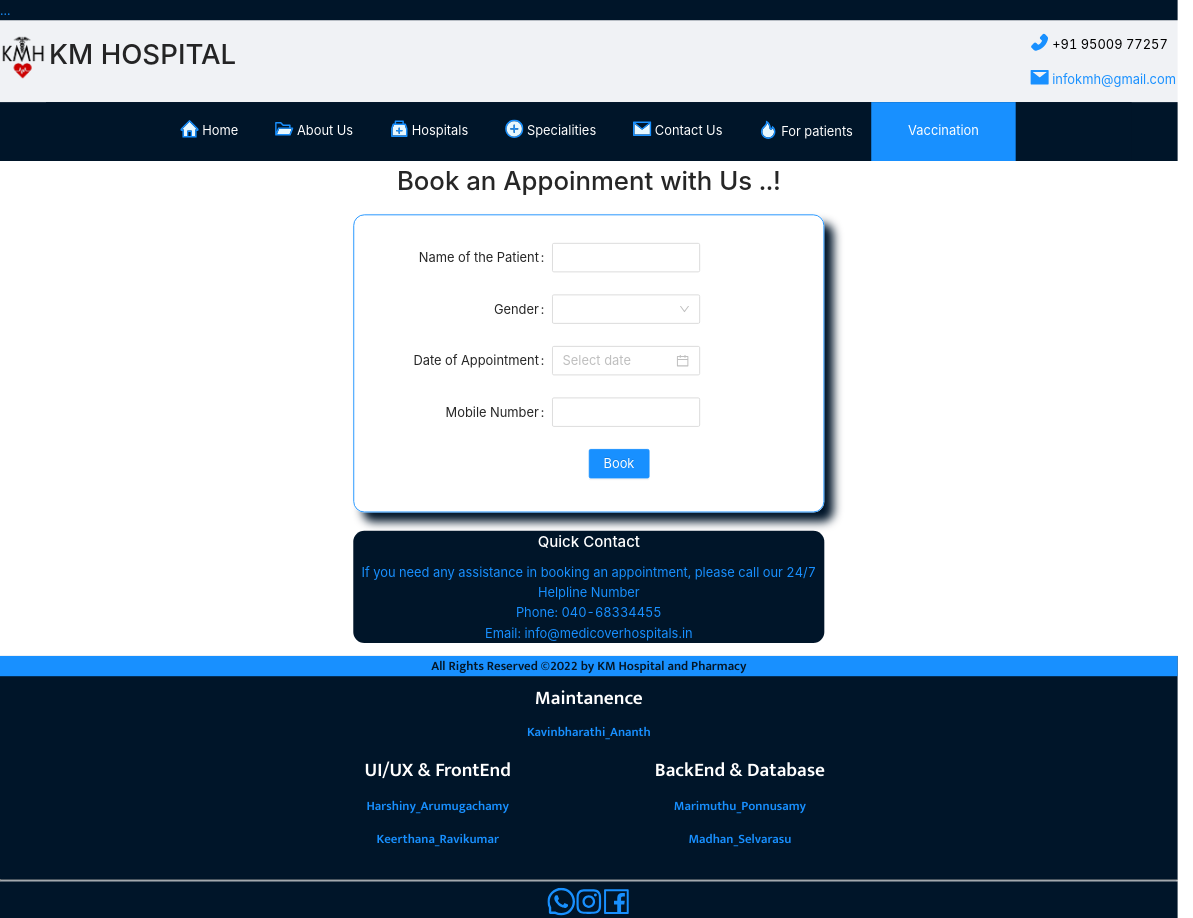
Repository: marimuthu1001/KHM-hospital
Page: /bookappointment (app in km-hospital/)
An editor plug-in stored every save of this project. The page is shown before and after the next save, followed by the edit.
The browser window is 1280 px wide. The page is 1297 px wide, so the pictures cover 1297 px, including what lies to the right of the window. The pictures show the whole page, at 92% of full size.
The project was rebuilt for these pictures with package versions that can differ from the ones it lists, and the page was loaded fresh each time. Also part of the build but not shown: km-hospital/src/firebase.js, km-hospital/src/Pages/Home.jsx, km-hospital/src/Styles/ContactUs.module.css, km-hospital/src/Pages/ContactUs.jsx, km-hospital/src/Pages/AboutUS.jsx, km-hospital/src/Styles/Specialities.module.css, km-hospital/src/Pages/Specialities.jsx, km-hospital/src/Pages/For Patients/Bmi_Calculator.jsx and 2 more.

Above is the page before, as saved 2022-01-26 20:13:53.

### km-hospital/public/index.html
<!DOCTYPE html>
<html lang="en">
  <head>
    <meta charset="utf-8" />
    <link rel="icon" href="%PUBLIC_URL%/favicon.ico" />
    <meta name="viewport" content="width=device-width, initial-scale=1" />
    <meta name="theme-color" content="#000000" />
    <meta
      name="description"
      content="Web site created using create-react-app"
    />
    <link rel="apple-touch-icon" href="%PUBLIC_URL%/logo192.png" />
    <!--
      manifest.json provides metadata used when your web app is installed on a
      user's mobile device or desktop. See https://developers.google.com/web/fundamentals/web-app-manifest/
    -->
    <link rel="manifest" href="%PUBLIC_URL%/manifest.json" />
    <!--
      Notice the use of %PUBLIC_URL% in the tags above.
      It will be replaced with the URL of the `public` folder during the build.
      Only files inside the `public` folder can be referenced from the HTML.

      Unlike "/favicon.ico" or "favicon.ico", "%PUBLIC_URL%/favicon.ico" will
      work correctly both with client-side routing and a non-root public URL.
      Learn how to configure a non-root public URL by running `npm run build`.
    -->
    <title>KM HOSPITAL | HOME</title>
  </head>
  <body>
    <noscript>You need to enable JavaScript to run this app.</noscript>
    <div id="root"></div>
    <!--
      This HTML file is a template.
      If you open it directly in the browser, you will see an empty page.

      You can add webfonts, meta tags, or analytics to this file.
      The build step will place the bundled scripts into the <body> tag.

      To begin the development, run `npm start` or `yarn start`.
      To create a production bundle, use `npm run build` or `yarn build`.
    -->
  </body>
</html>

### km-hospital/src/index.js
import React from 'react';
import ReactDOM from 'react-dom';
import 'antd/dist/antd.min.css'
import './index.css'
import App from './App';


ReactDOM.render(
  <React.StrictMode>
    <App />
  </React.StrictMode>,
  document.getElementById('root')
);

### km-hospital/src/index.css
@import '~antd/dist/antd.css';

.ant-menu:not(.ant-menu-horizontal) .ant-menu-item-selected {
	background: transparent;
}

.ant-menu{
    background: red;
    }

### km-hospital/src/App.js
import Nav from  './components/Nav'
import Footer from './components/Footer'
import Home from './Pages/Home'
import ContactUs from './Pages/ContactUs'
import AboutUs from './Pages/AboutUS'
import Specialities from './Pages/Specialities'
import BmiCalculator from './Pages/For Patients/Bmi_Calculator'
import Appointment from './Pages/For Patients/BookAppointment'
import {BrowserRouter as Router, Route,Routes} from 'react-router-dom'

import Feedback from './Pages/Feedback'

function App() {
  return (
    <Router>
        <div className="App">
          <Nav/>
          <Routes>
            <Route exact path="/" element={<Home/>}/>
            <Route exact path="/contactus" element={<ContactUs/>}/>
            <Route exact path="/aboutus" element={<AboutUs/>}/>
            <Route exact path="/specialities" element={<Specialities/>}/>
            <Route exact path="/bmicalculator" element={<BmiCalculator/>}/>
            <Route exact path="/bookappointment" element={<Appointment/>}/>
            <Route exact path="/feedback" element={<Feedback/>}/>
          </Routes>

          <Footer/>
        </div>
    </Router>

  );
}

export default App;

### km-hospital/src/components/Nav.jsx
import React from 'react'

import Styles from '../Styles/Nav.module.css'
import { Layout, Menu, Dropdown,Row,Col } from 'antd';
import Logo from '../Images/Logo.png'

import {HomeTwoTone,
    FolderOpenTwoTone,
    MedicineBoxTwoTone,
    PlusCircleTwoTone,
    FireTwoTone ,
    MailTwoTone,
    PhoneFilled,
    MailFilled,

    } from '@ant-design/icons'

function Nav() {
  const menu = (
    <Menu>

            <Menu.Item key="1">Covid Dose</Menu.Item>
            <Menu.Item key="2">Covid Booster</Menu.Item>
            <Menu.Item key="3">Polio Vaccine</Menu.Item>
            <Menu.Item key="4">Chicken pox Vaccine</Menu.Item>
      </Menu>
  )
const patients = (
  <Menu>
         <a href="bmicalculator"> <Menu.Item key="1">Health Checkup Package</Menu.Item></a>
         <a href="bmicalculator"><Menu.Item key="2">Medicines</Menu.Item></a>
          <a href="bmicalculator"><Menu.Item key="3">Symptoms</Menu.Item></a>
          <a href="/bookappointment"> <Menu.Item key="4">Book an Appointment</Menu.Item></a>
          <a href="bmicalculator"><Menu.Item key="5">BMI Calculator</Menu.Item></a>

    </Menu>

  )

  const { Header} = Layout;
    return (

      <Layout>
        <p className={Styles.line}>...</p>
        <div className={Styles.head} >
            <Row gutters={[16,16]}>
              <Col md={{span:2}} lg={{span:1}}>
              <div className="logo">
              <img src={Logo} alt="Logo" widht={50} height={50}/>
            </div>
              </Col>
              <Col md={{span:6}} lg={{span:4}}>
              <h1>KM HOSPITAL</h1>
              </Col>
              <Col md={{span:8}} lg={{span:16}}></Col>
              <Col md={{span:5}} lg={{span:3}}>
              <div className={Styles.contactHead}>
                <p style={{color:'black'}}><PhoneFilled  style= {{ fontSize: '20px',color: '#1890ff'  }} />&nbsp;+91 95009 77257</p>
                <p><a href="mailto:infokmh@gmail.com"><MailFilled style= {{ fontSize: '20px',color: '#1890ff'  }} />&nbsp;infokmh@gmail.com</a></p>
               </div>
              </Col>
            </Row>
        </div>



      <Header className="header">
      <div className="menubar">
        <Menu style={{
            position: 'relative',
            display: 'flex',
            justifyContent: 'center',

        }} theme="dark" mode="horizontal" defaultSelectedKeys={['1']}>
     <a href="/">
          <Menu.Item key="7"><HomeTwoTone style={{fontSize:20}}/>&nbsp;Home</Menu.Item>
     </a>
     <a href="/aboutus">
          <Menu.Item key="2"><FolderOpenTwoTone style={{fontSize:20}}/>&nbsp;About Us</Menu.Item>
     </a>
     <a href="/">
          <Menu.Item key="3"><MedicineBoxTwoTone style={{fontSize:20}}/>&nbsp;Hospitals</Menu.Item>
     </a>
     <a href="/specialities">
          <Menu.Item key="4"><PlusCircleTwoTone style={{fontSize:20}}/>&nbsp;Specialities</Menu.Item>
     </a>
     <a href="/contactus">
          <Menu.Item  key="6"> <MailTwoTone style={{fontSize:20}}/>&nbsp;Contact Us</Menu.Item>
     </a>
          <Dropdown  overlay={patients} placement="topCenter">
              <Menu.Item key="5"><FireTwoTone style={{fontSize:20}}/>&nbsp;For patients</Menu.Item>
          </Dropdown>

          <Menu.Item key="1">
          <Dropdown  overlay={menu} placement="topCenter">
                    <Menu.Item>Vaccination</Menu.Item>
          </Dropdown>
          </Menu.Item>


        </Menu>  </div>
      </Header>


        </Layout>


    )
}

export default Nav

### km-hospital/src/components/Footer.jsx
import React from 'react'
import Styles from '../Styles/Footer.module.css'
import { Row, Col } from 'antd';
import {WhatsAppOutlined,
    InstagramOutlined,
    FacebookOutlined} from '@ant-design/icons'
function Footer() {
    return (
        <div  >
            <div className={Styles.footer}>


                <div className={Styles.footerContent}>
                    <div sm={1}  md={6} lg={8}  className={Styles.footerTitle}>
                        <h4>All Rights Reserved &copy;2022 by KM Hospital and Pharmacy</h4>
                    </div>


                <div className={Styles.maintain}>
                    <h2>Maintanence</h2>
                    <p>Kavinbharathi_Ananth</p>
                </div>

                <Row className={Styles.design} gutter={[34, 18]}>
                <Col xs={24} md={6}/>
                    <Col xs={24} md={6}>
                        <div>
                            <h2 className={Styles.headDecoration}>UI/UX & FrontEnd</h2>
                            <div className={Styles.decoration}>
                                <p>Harshiny_Arumugachamy</p>
                                <p>Keerthana_Ravikumar</p>
                            </div>
                        </div>
                    </Col>
                    <Col xs={24} md={6}>
                        <div>
                        <h2 className={Styles.headDecoration}>BackEnd & Database</h2>
                            <div className={Styles.decoration}>
                                <p>Marimuthu_Ponnusamy</p>
                                <p>Madhan_Selvarasu</p>
                            </div>
                        </div>
                    </Col>
                    <Col xs={24} md={6}/>
                        <Col sm={{ span: 5, offset: 0 }} md={{ span: 5, offset: 0 }} lg={{ span: 6, offset:0  }}> </Col>
                </Row>


<hr/>


                <Row  className={Styles.social}>
                    <Col sm={{span:2}} md={{span:8}} lg={{span:8}}><WhatsAppOutlined style={{fontSize: '30px' }} /></Col>
                    <Col sm={{span:2}} md={{span:8}} lg={{span:8}}><InstagramOutlined style={{fontSize: '30px' }} /></Col>
                    <Col sm={{span:2}} md={{span:8}} lg={{span:8}}><FacebookOutlined style={{fontSize: '30px' }} /></Col>
                </Row>
            </div>
        </div>
        </div>
    )
}

export default Footer

### km-hospital/src/Pages/For Patients/BookAppointment.jsx
import React ,{useState} from 'react';
import {
    Form,
    Input,
    Button,
    Select,
    Cascader,
    DatePicker,
    InputNumber,
    TreeSelect,
    Switch,
  } from 'antd';
import Styles from '../../Styles/Appointment.module.css'

function BookAppointment() {
const [componentSize, setComponentSize] = useState('default');

const onFormLayoutChange = ({ size }) => {
    setComponentSize(size);
        };


  return(

    <div>
        <h1 style={{textAlign: 'center'}}>Book an Appoinment with Us ..!</h1>
            <div className={Styles.form}>
              <Form
                            labelCol={{
                                span: 10,
                            }}
                            wrapperCol={{
                                span:8,
                            }}
                            layout="horizontal"
                            initialValues={{
                                size: componentSize,
                            }}
                            onValuesChange={onFormLayoutChange}
                            size={componentSize}
                            >

                            <Form.Item label="Name of the Patient">
                                <Input />
                            </Form.Item>
                            <Form.Item label="Gender">
                                <Select>
                                <Select.Option value="male">Male</Select.Option>
                                <Select.Option value="female">Female</Select.Option>
                                </Select>
                            </Form.Item>
                            <Form.Item label="Date of Appointment">
                                <DatePicker />
                            </Form.Item>
                            <Form.Item label="Mobile Number">
                                <Input />
                            </Form.Item>
                            <Form.Item submit="htmlSubmit">
                                <Button type="primary">Book</Button>
                            </Form.Item>
                </Form>


            </div>

            <div className={Styles.quickGlance}>
                    <h3> Quick Contact</h3>
                     <p> If you need any assistance in booking an appointment, please call our 24/7 Helpline Number
<br/>
                    Phone: 040-68334455<br/>
                    Email: info@medicoverhospitals.in</p>

                </div>
</div>

    )}

export default BookAppointment;

### km-hospital/src/Styles/Nav.module.css
*{
    margin-top:0px;
}
.line{
    background-color:#001529;
    color:#1890ff;
}
.head h1{
    font-size: 30px;
}
.menubar .Menu.item{
    margin-left:20%;
}
a{
    text-decoration: none;
}
a:hover{
    background-color:#1890ff;
}

### km-hospital/src/Styles/Footer.module.css
@import url('https://fonts.googleapis.com/css2?family=Mukta:wght@600&display=swap');
.footer{
    background-color:#001529;
    font-family: 'Mukta', sans-serif;
    color:#1890ff;
    position:relative;
    text-align:center
}
.footer h2{
    color:#ffffff
}
.footer .footerTitle{
    color:rgb(255, 255, 255);
    background-color:#1890ff
}
.footer .social{
    text-align:center;
    display:inline-flex;
}
.social li{
    list-style-type: none;
}
.decoration{
    list-style-type:none;
    text-align:center
}
.headDecoration{
    text-align:center
}

### km-hospital/src/Styles/Home.module.css
@import url('https://fonts.googleapis.com/css2?family=Josefin+Sans:wght@700&display=swap');
.card{
    background-color:#1890ff;
    height:120px;
    border: 1px solid #001529;
    border-radius:14px;
}
.title{
    font-family: 'Josefin Sans', sans-serif;
}

### km-hospital/src/Styles/bmiCalc.module.css
@import url('https://fonts.googleapis.com/css2?family=Poppins:wght@400&display=swap');

.aboutContent{
    margin:0 10%;
    text-align: center;
    font-family: 'Poppins', sans-serif;
    font-weight:block;
}
 .bmiFormula{

    border:1px solid #5465ff
}

### km-hospital/src/Styles/Appointment.module.css
.form{
    margin-left: 30%;
    border:1px solid #1890ff;
    box-shadow: 10px 10px 10px #001529;
    padding:12px;
    border-radius:12px;
    width:40%;
    padding-top:30px;
    margin-bottom:20px;
}
.form Button{
    text-align: center;
    margin-left: 150%;
}

.quickGlance{
    width:40%;
    text-align: center;
    margin-left: 30%;
    background-color:#001529;
    border-radius: 12px;
    color:#1890ff;
}
.quickGlance h3{
    color:white;

}

After the next save:
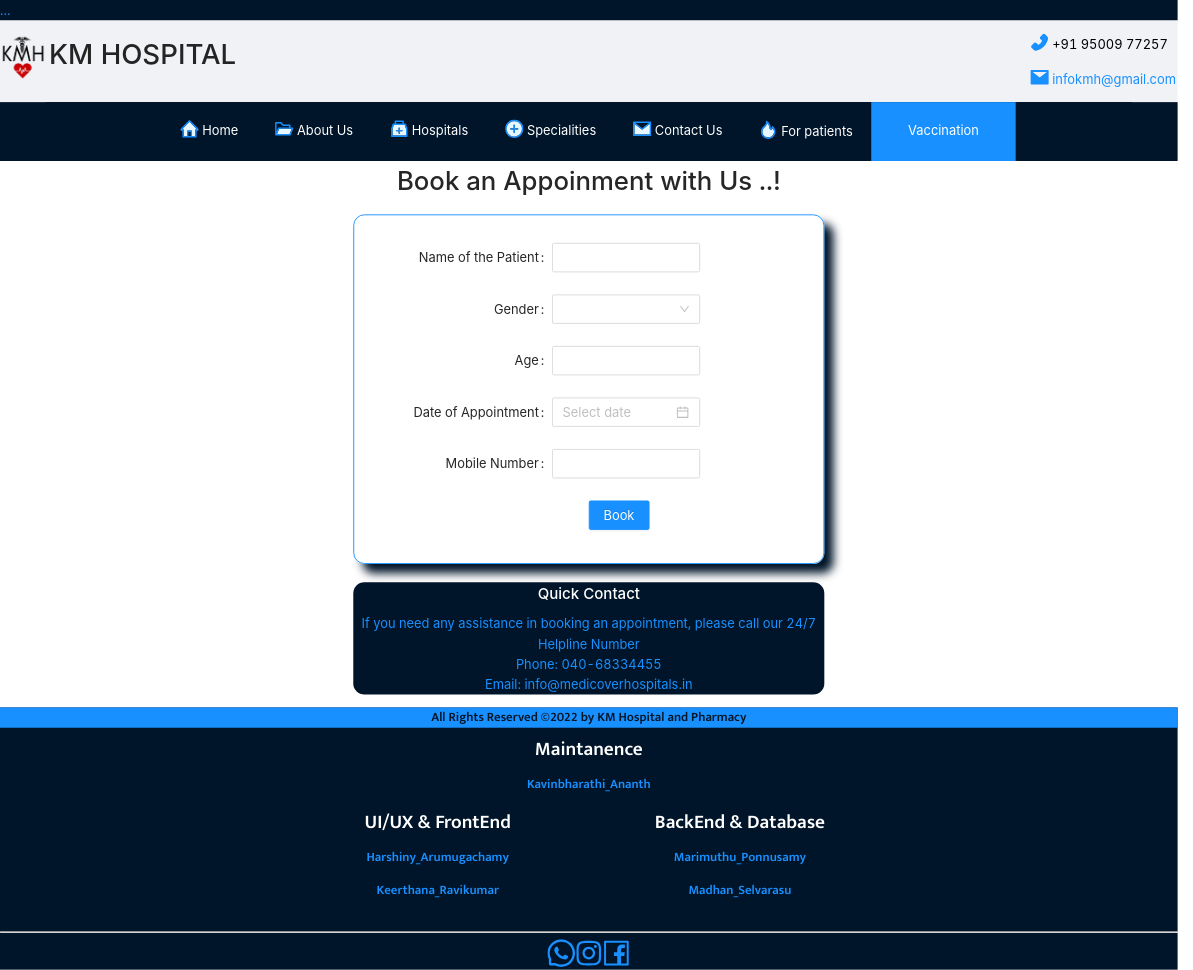
Saved 111 s later.
--- a/km-hospital/src/Pages/For Patients/BookAppointment.jsx
+++ b/km-hospital/src/Pages/For Patients/BookAppointment.jsx
@@ -40,19 +40,22 @@ const onFormLayoutChange = ({ size }) => {
                             size={componentSize}
                             >
 
-                            <Form.Item label="Name of the Patient">
+                            <Form.Item label="Name of the Patient" name="name">
                                 <Input />
                             </Form.Item>
-                            <Form.Item label="Gender">
+                            <Form.Item label="Gender" name="gender">
                                 <Select>
                                 <Select.Option value="male">Male</Select.Option>
                                 <Select.Option value="female">Female</Select.Option>
                                 </Select>
                             </Form.Item>
-                            <Form.Item label="Date of Appointment">
+                            <Form.Item label="Age" name="age">
+                                <Input />
+                            </Form.Item>
+                            <Form.Item label="Date of Appointment" name="date">
                                 <DatePicker />
                             </Form.Item>
-                            <Form.Item label="Mobile Number">
+                            <Form.Item label="Mobile Number" name="mob_num">
                                 <Input />
                             </Form.Item>
                             <Form.Item submit="htmlSubmit">
